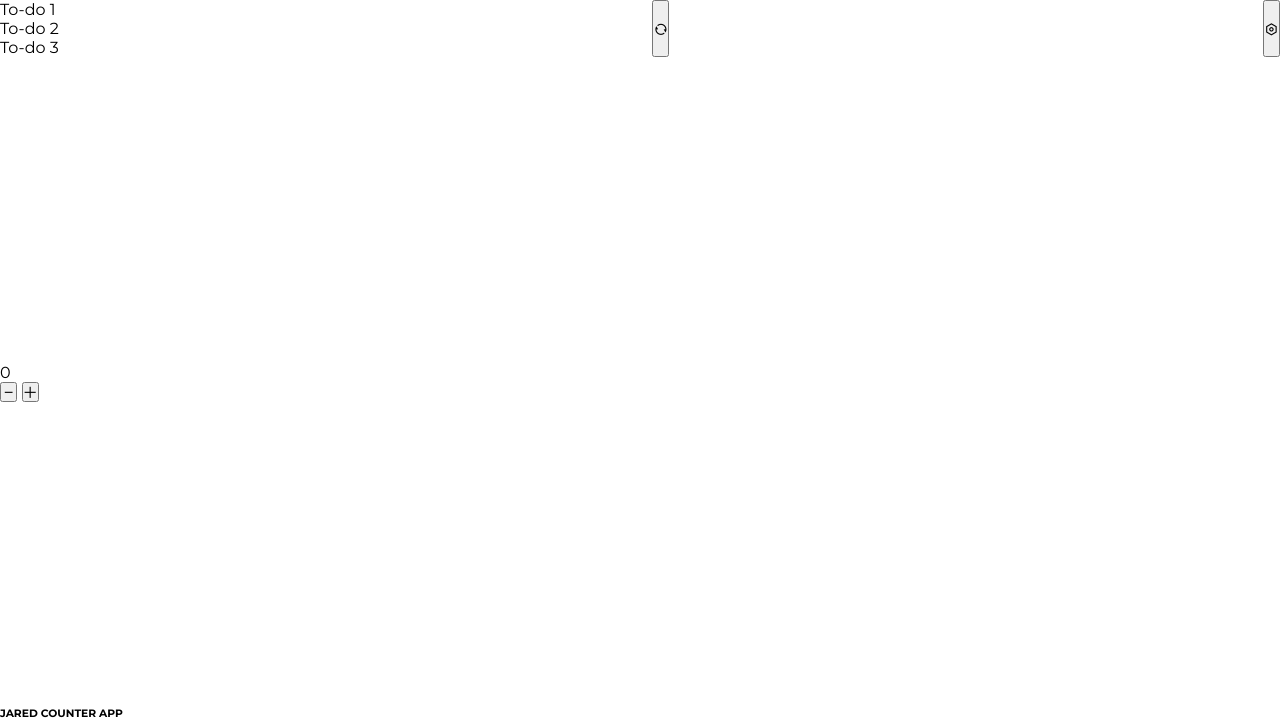
Repository: EguJaredoBoyd/Jared-Counter-App
Page: index.html
An editor plug-in stored every save of this project. The page is shown before and after the next save, followed by the edit.
The browser window is 1280 px wide. The pictures show the whole page.

Above is the page before, as saved 2025-11-17 21:53:28.

### index.html
<!DOCTYPE html>
<html lang="en">

<head>
    <meta charset="UTF-8">
    <meta name="viewport" content="width=device-width, initial-scale=1.0">
    <title>Document</title>
    <link rel="preconnect" href="https://fonts.googleapis.com">
    <link rel="preconnect" href="https://fonts.gstatic.com" crossorigin>
    <link href="https://fonts.googleapis.com/css2?family=Montserrat:ital,wght@0,100..900;1,100..900&display=swap"
        rel="stylesheet">
    <link href="https://cdn.jsdelivr.net/npm/remixicon@4.2.0/fonts/remixicon.css" rel="stylesheet">
    <link rel="stylesheet" href="style.css">
    <script src="script.js" defer></script>
</head>

<body>
    <header>
        <ul>
            <li>To-do 1</li>
            <li>To-do 2</li>
            <li>To-do 3</li>
        </ul>
        <button id="reset"><i class="ri-refresh-line"></i></button>
        <button><i class="ri-settings-line"></i></button>
    </header>

    <main>
        <p id="start-count">0</p>
        <button id="decrement"><i class="ri-subtract-line"></i></button>
        <button id="increment"><i class="ri-add-large-line"></i></button>
    </main>

    <footer>
        <h6>JARED COUNTER APP</h6>
    </footer>







</body>

</html>

### style.css
* {
    padding: 0;
    margin: 0;
    box-sizing: border-box;
    font-family: "Montserrat", sans-serif;

}

:root {
    --primary-color: #0d1b2a;
    --secondary-color: #e0e1dd;
}

body {
    display: flex;
    flex-direction: column;
    height: 100vh;
    justify-content: space-between;
}

header {
    display: flex;
    justify-content: space-between;
}

### script.js
//Get the last number clicked
let numberCount = Number(localStorage.getItem('increment')) || 0;

//Get last button clicked once the browser loads
let savedColor = localStorage.getItem('color');
let savedColor2 = localStorage.getItem('color2');
let savedColor3 = localStorage.getItem('color3')

let numberIncrement = document.querySelector('#increment');
let numberDecrement = document.getElementById('decrement');
let numberReset = document.querySelector('#reset');
let startCount = document.getElementById('start-count');

//Loads the the page with the last clicked number
startCount.textContent = numberCount;

//Uses the saved colour as a variable for the string 'red'
if (savedColor) {
    numberIncrement.style.backgroundColor = savedColor;
}
if (savedColor2) {
    numberDecrement.style.backgroundColor = savedColor2
}
if (savedColor3) {
    numberReset.style.backgroundColor = savedColor3;
}



numberIncrement.addEventListener('click', () => {
    let incrementColor = numberIncrement.style.backgroundColor = 'red';

    //Reset the other button colours
    numberDecrement.style.background = '';
    numberReset.style.background = '';

    //Save the color so it reminds user of last button clicked
    localStorage.setItem('color', incrementColor)
    //Remove colour storage for other buttons
    localStorage.removeItem('color2')
    localStorage.removeItem('color3')

    let counting = startCount.textContent = numberCount += 1;
    if (counting > 0) {
        startCount.style.color = 'green'
    }
    else if (counting === 0) {
        startCount.style.color = 'black';
    }
    if (numberCount < 0) {
        startCount.style.color = 'red'
    }

    //Save the number count to the localStorage
    localStorage.setItem('increment', numberCount);

})
numberDecrement.addEventListener('click', () => {
    let decrementColor = numberDecrement.style.backgroundColor = 'yellow';

    //Reset the other button colours
    numberIncrement.style.backgroundColor = '';
    numberReset.style.backgroundColor = '';

    //Save the color so it reminds user of last button clicked
    localStorage.setItem('color2', decrementColor)
    //Remove colour storage for other buttons
    localStorage.removeItem('color');
    localStorage.removeItem('color3')

    let negativeCounting = startCount.textContent = numberCount -= 1;
    if (negativeCounting < 0) {
        startCount.style.color = 'red'
    }
    else if (negativeCounting === 0) {
        startCount.style.color = 'black'
    }
    localStorage.setItem('increment', numberCount);
})
numberReset.addEventListener('click', () => {
    let resetColor = numberReset.style.backgroundColor = 'Blue';

    //Reset the other button colours
    numberIncrement.style.backgroundColor = '';
    numberDecrement.style.backgroundColor = '';

    //Save the color so it reminds user of last button clicked
    localStorage.setItem('color3', resetColor)
    //Remove colour storage for other buttons
    localStorage.removeItem('color');
    localStorage.removeItem('color2');

    let resetCounting = startCount.textContent = numberCount = 0;
    if (resetCounting === 0) {
        startCount.style.color = 'black'
    }
    localStorage.setItem('increment', numberCount);
})

After the next save:
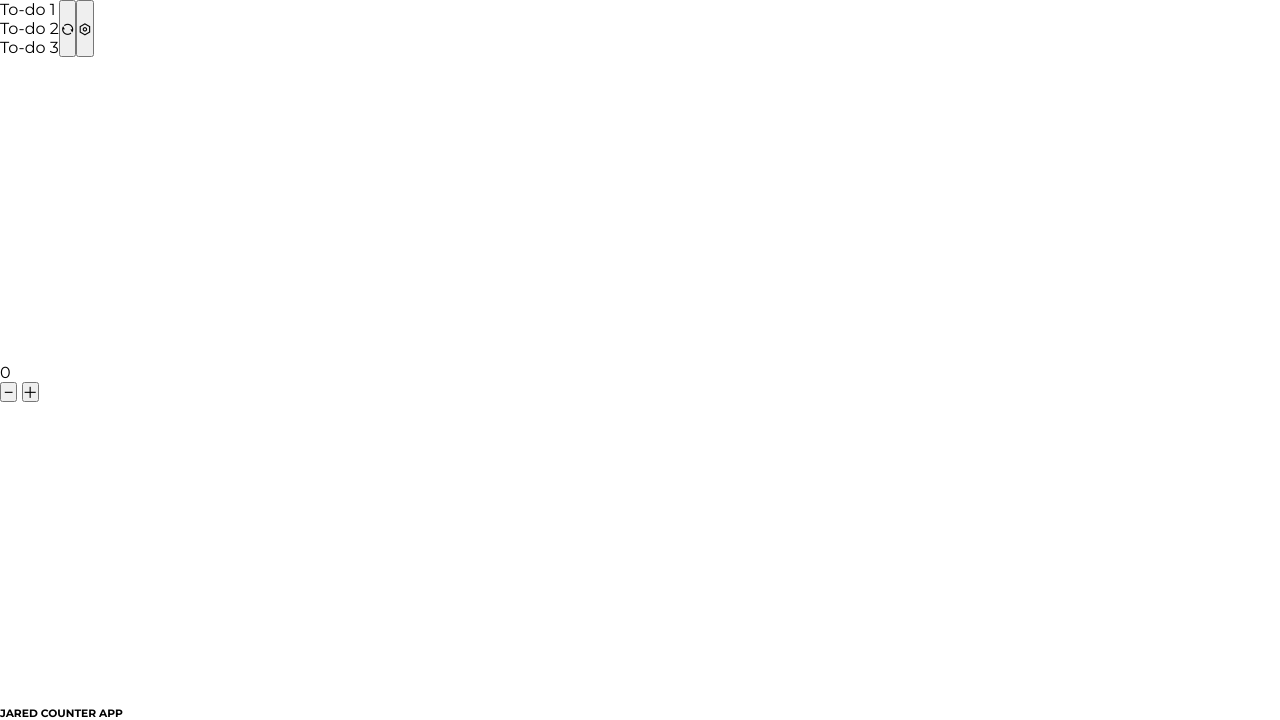
Saved 118 s later.
--- a/style.css
+++ b/style.css
@@ -20,5 +20,5 @@
 
 header {
     display: flex;
-    justify-content: space-between;
+    align-content: space-between;
 }

After the save that followed:
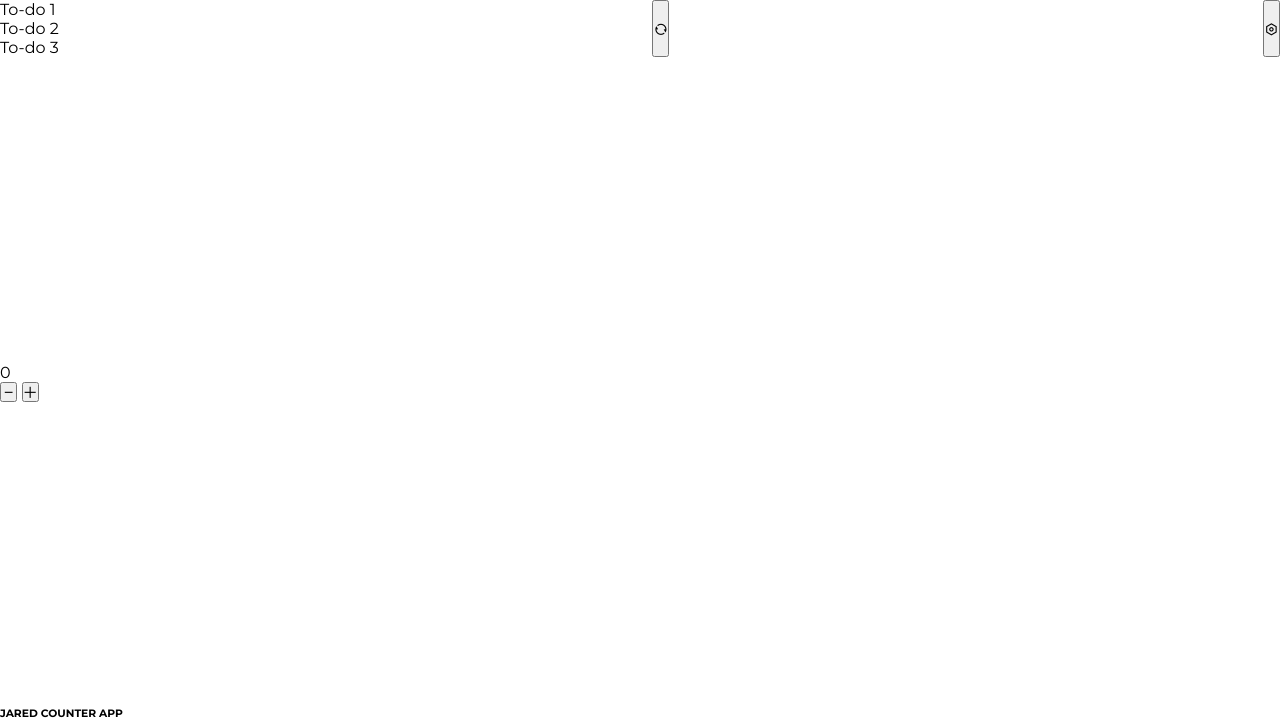
Saved 8 s later.
--- a/style.css
+++ b/style.css
@@ -20,5 +20,5 @@
 
 header {
     display: flex;
-    align-content: space-between;
+    justify-content: space-between;
 }
